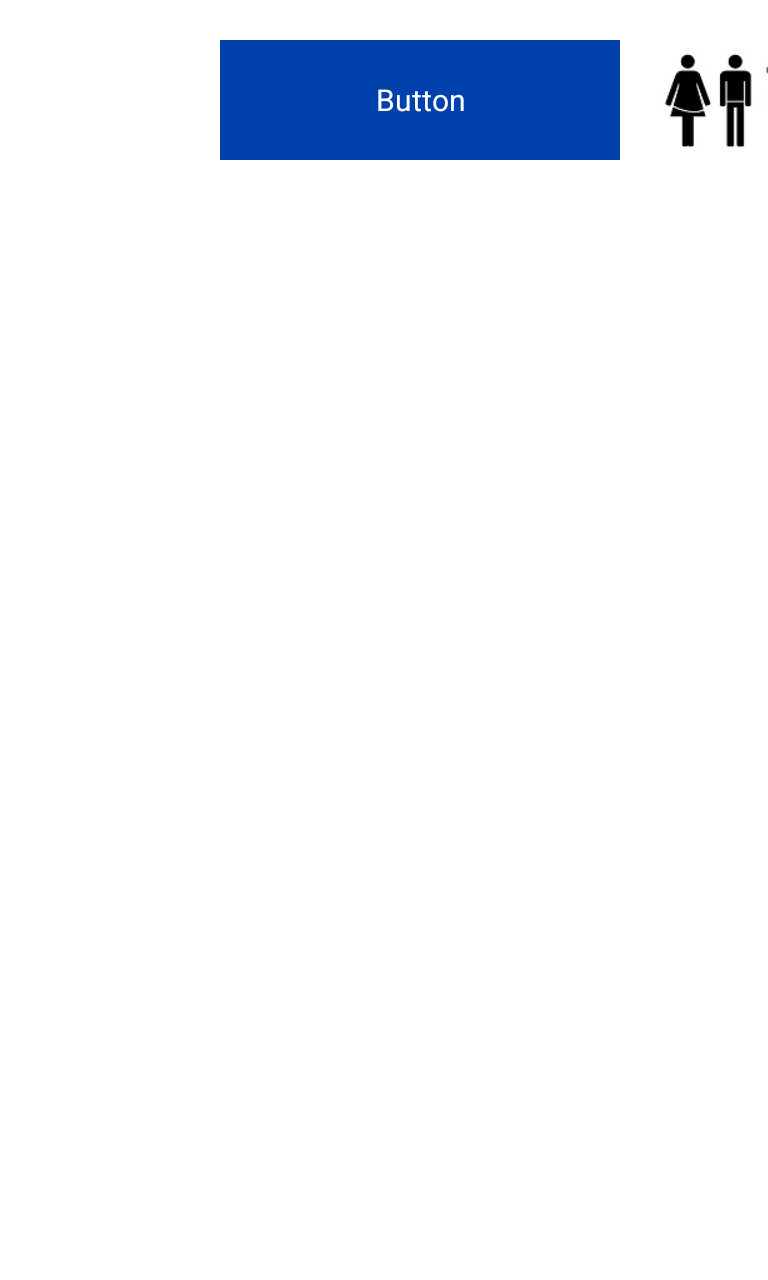
Repository: vinnare89/ASA
Layout: ASA/res/layout/list_item_layout.xml
The author's editor kept a copy of each file at every save. The layout is drawn from the files as they stood at one save, then again after the next save.
It is drawn on a 768 x 1280 px phone screen (xhdpi) without system bars, with theme AppTheme; the app's code is not run.

Above is the layout before, as saved 2013-12-28 21:14:00.

After the next save:
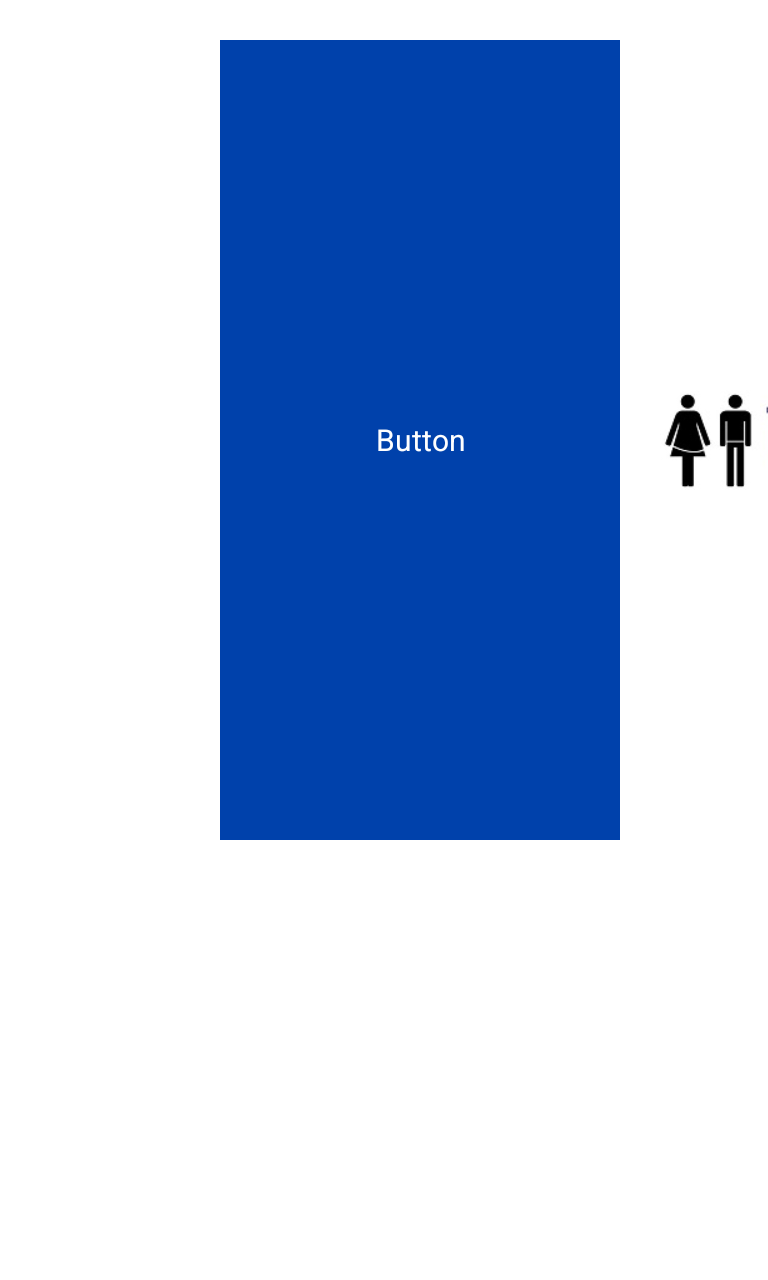
Saved 16 s later.
--- a/ASA/res/layout/list_item_layout.xml
+++ b/ASA/res/layout/list_item_layout.xml
@@ -19,7 +19,7 @@
                 android:id="@+id/reserve"
                 style="@style/AsaControlButton"
                 android:layout_width="wrap_content"
-                android:layout_height="wrap_content"
+                android:layout_height="400dp"
                 android:text="Button"
                 android:layout_gravity="right|center_vertical" />
         <ImageView
